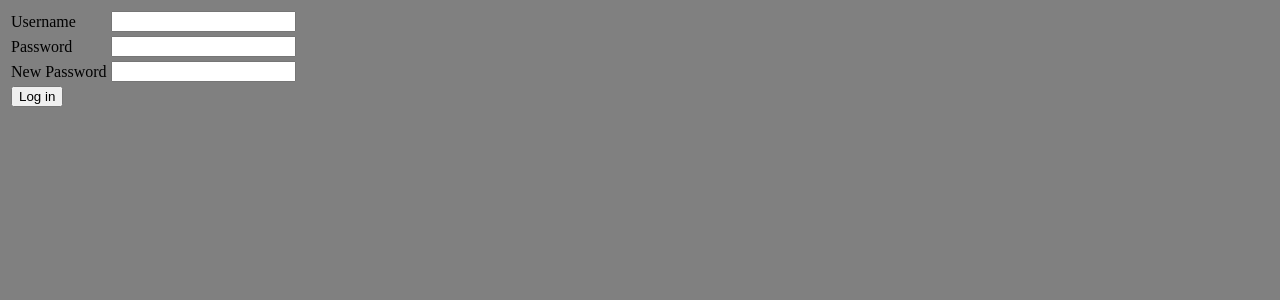
Repository: avchen0/Avensys
Page: Java/FirstProgram/src/main/webapp/changePwd.html
The author's editor kept a copy of each file at every save. The page is drawn from the files as they stood at one save, then again after the next save.
The browser window is 1280 px wide. The pictures show the whole page.

Above is the page before, as saved 2021-08-06 03:01:07.

### Java/FirstProgram/src/main/webapp/changePwd.html
<!DOCTYPE html>
<html>
<head>
<meta charset="UTF-8">
<title>Insert title here</title>
</head>
<body style="background-color:grey">
<form action="ChangePwd">
	<table>
		<tr>
			<td>Username</td><td><input type="text" name="un"></td>
		</tr>
		<tr>
			<td>Password</td><td><input type="password" name="pwd"></td>
		</tr>
		<tr>
			<td>New Password</td><td><input type="password" name="newpwd"></td>
		</tr>
		<tr>
			<td><input type="submit" value="Log in"></td>
		</tr>
	</table>
</form>
</body>
</html>

After the next save:
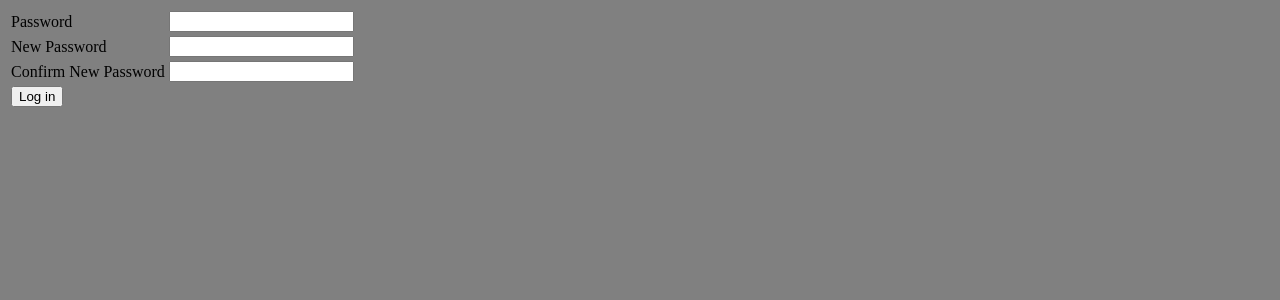
Saved 3 min 7 s later.
--- a/Java/FirstProgram/src/main/webapp/changePwd.html
+++ b/Java/FirstProgram/src/main/webapp/changePwd.html
@@ -8,13 +8,13 @@
 <form action="ChangePwd">
 	<table>
 		<tr>
-			<td>Username</td><td><input type="text" name="un"></td>
-		</tr>
-		<tr>
-			<td>Password</td><td><input type="password" name="pwd"></td>
+			<td>Password</td><td><input type="text" name="un"></td>
 		</tr>
 		<tr>
 			<td>New Password</td><td><input type="password" name="newpwd"></td>
+		</tr>
+		<tr>
+			<td>Confirm New Password</td><td><input type="password" name="cnewpwd"></td>
 		</tr>
 		<tr>
 			<td><input type="submit" value="Log in"></td>
